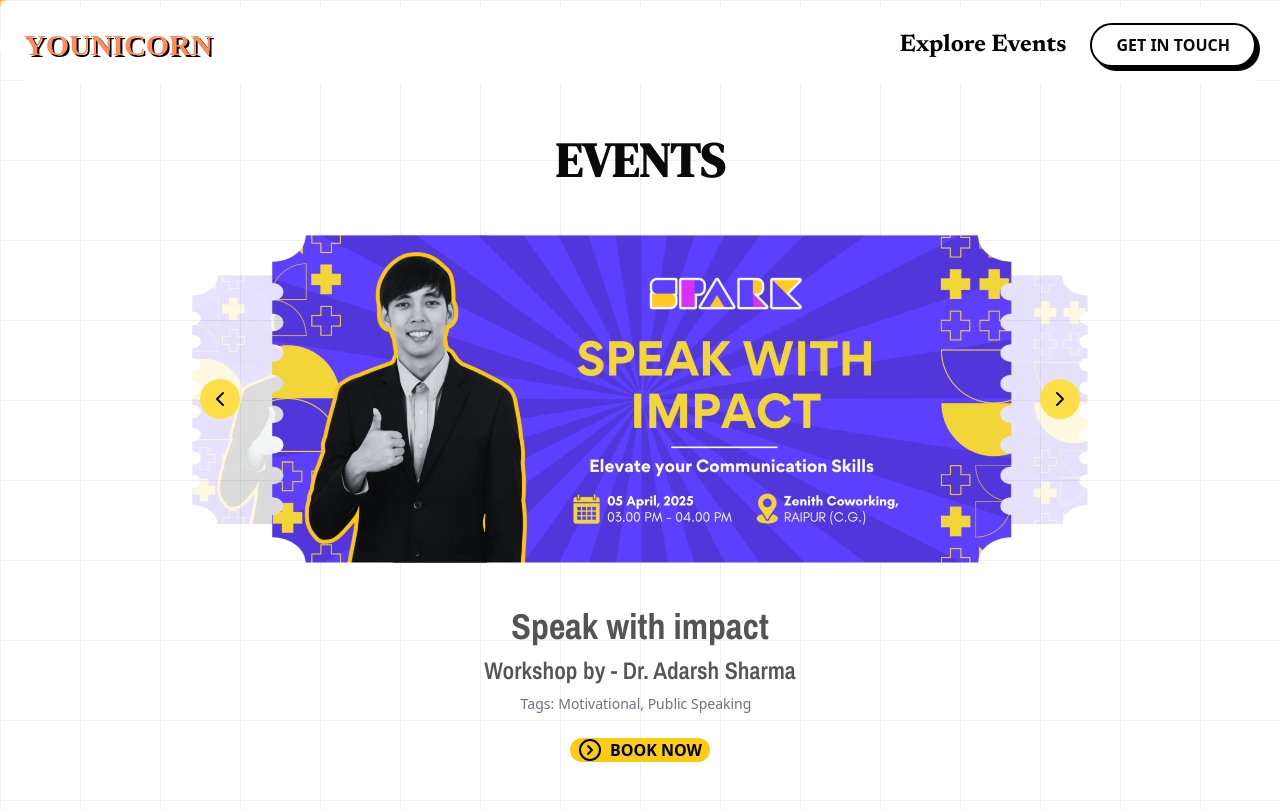
Repository: as-avni/dreamersite
Page: /events
The author's editor kept a copy of each file at every save. The page is drawn from the files as they stood at one save, then again after the next save.
The browser window is 1280 px wide. The pictures show the whole page.
Some web fonts or font styles are not loaded; a fallback is used. The project was rebuilt for these pictures with package versions that can differ from the ones it lists, and the page was loaded fresh each time. The framework's server and built-in components were replaced by stand-ins that run in the browser. Also part of the build but not shown: next.config.ts.

Above is the page before, as saved 2025-03-27 17:54:25.

After the next save:
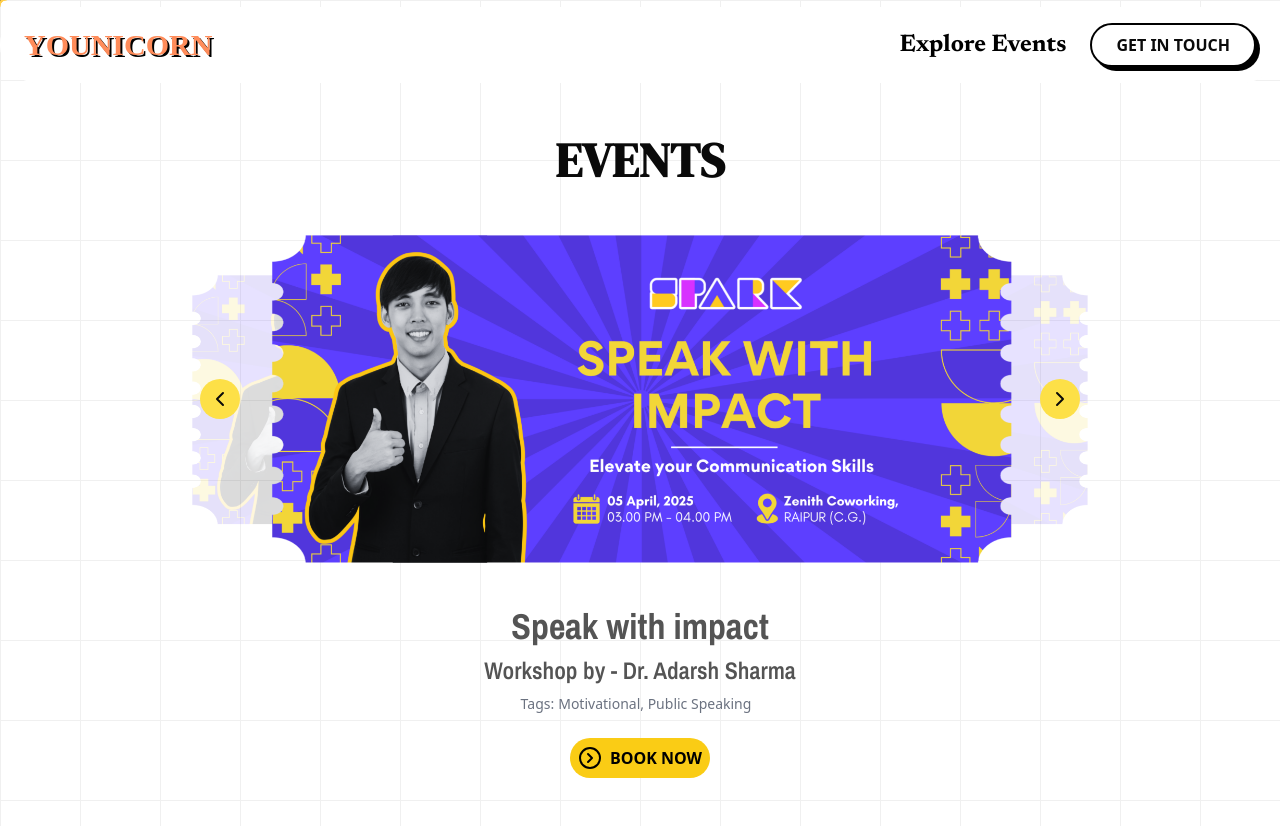
Saved 7 s later.
--- a/src/app/events/events-page.tsx
+++ b/src/app/events/events-page.tsx
@@ -98,7 +98,7 @@ return (
         </div>
         </div>
 
-        <button className="bg-yellow-400 text-black px-2 py- rounded-full font-bold flex items-center mx-auto hover:bg-yellow-500 transition-colors">
+        <button className="bg-yellow-400 text-black px-2 py-2 rounded-full font-bold flex items-center mx-auto hover:bg-yellow-500 transition-colors">
         <div className=" mr-2 rounded-full">
             <ChevronRightCircle className="h-6 w-6" />
         </div>
